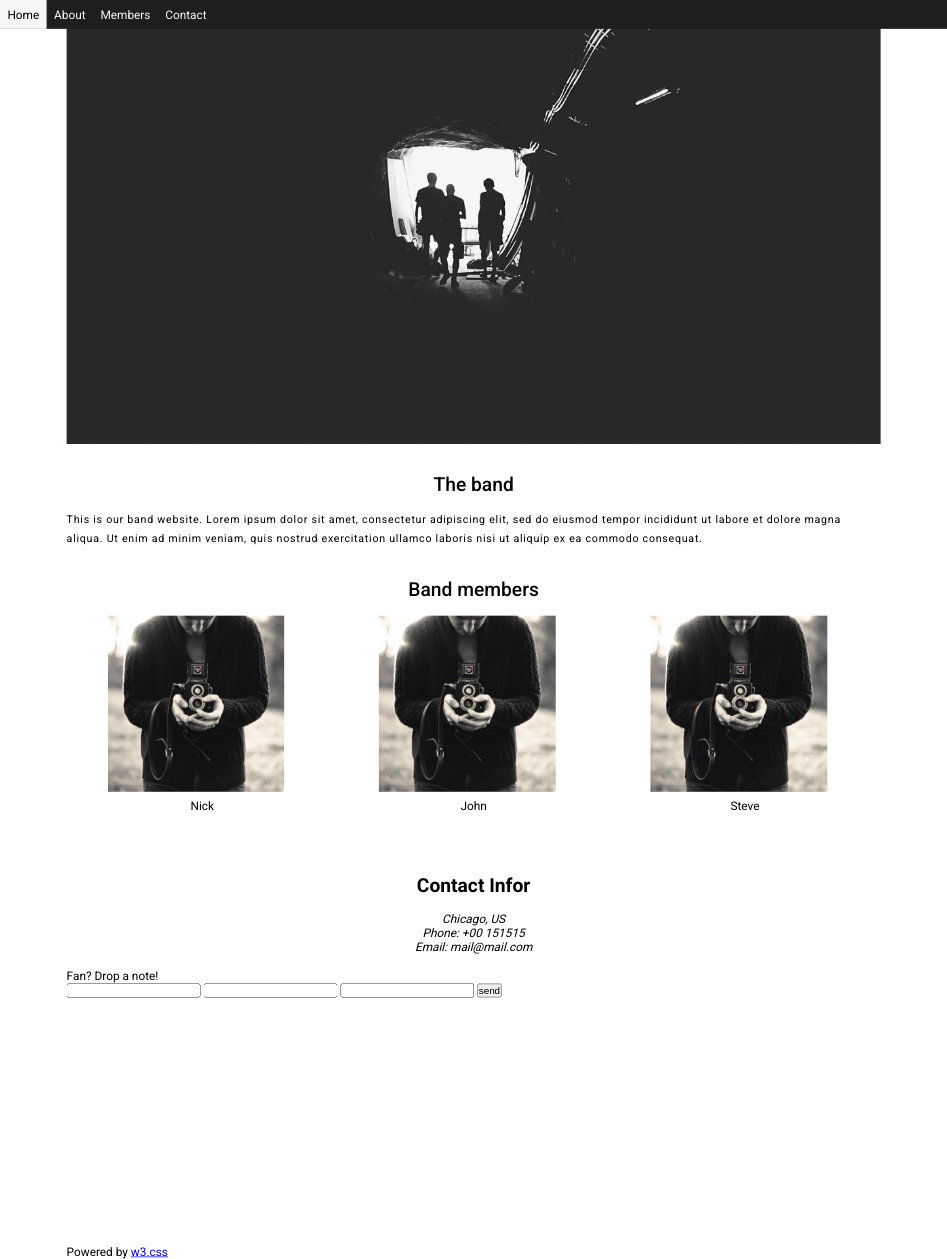
Repository: hieu-22/w3_band_UI
Page: index.html
The author's editor kept a copy of each file at every save. The page is drawn from the files as they stood at one save, then again after the next save.
The browser window is 1280 px wide. The pictures show the whole page, at 74% of full size.

Above is the page before, as saved 2022-12-30 10:21:36.

After the next save:
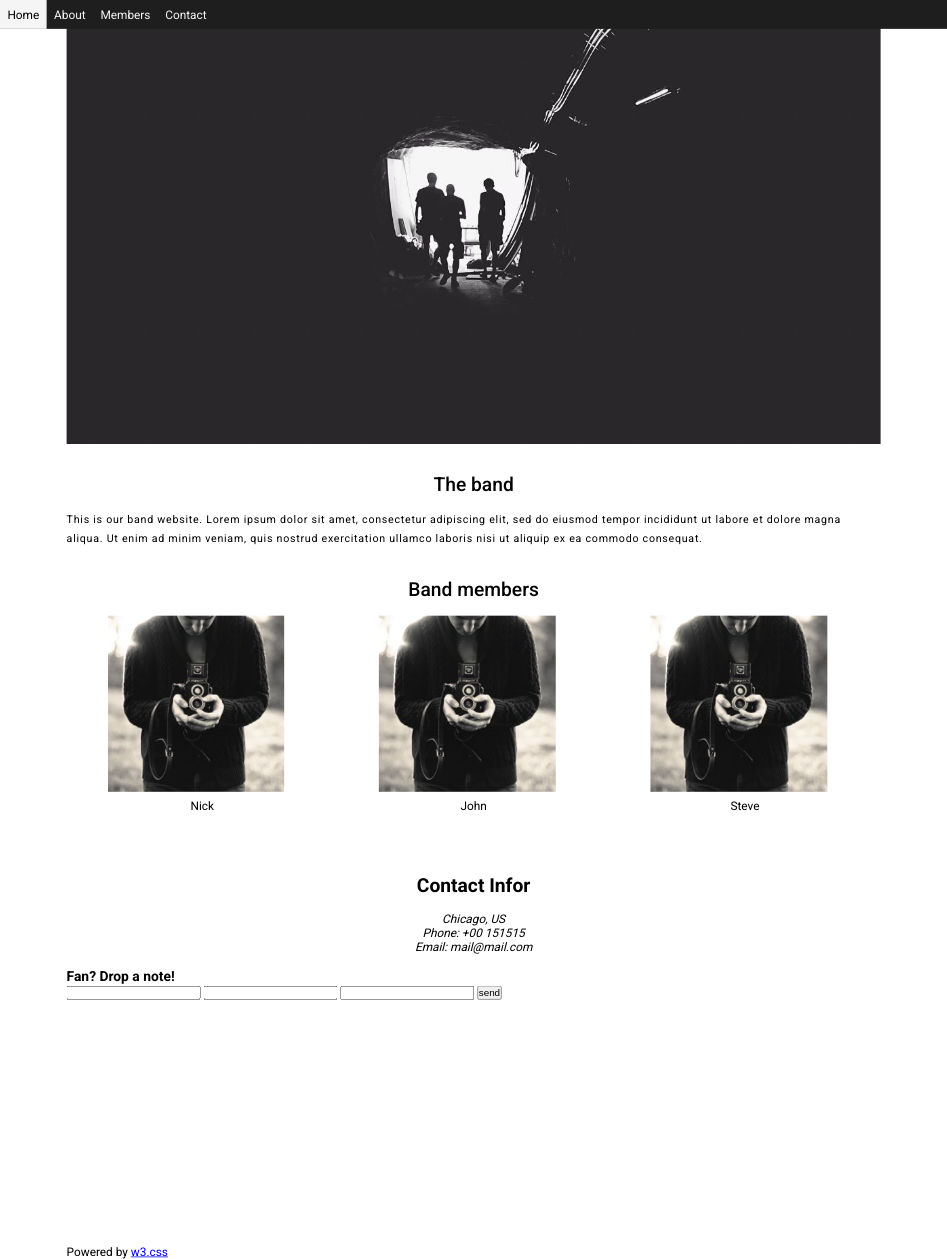
Saved 2 min 24 s later.
--- a/index.html
+++ b/index.html
@@ -71,13 +71,15 @@
                 Phone: +00 151515</br>
                 Email: mail@mail.com
             </address>
-            <p>Fan? Drop a note!</p>
+            <div class="contact-infor__form">
+                <h3 contact-infor__form-title>Fan? Drop a note!</h3>
             <form action="#">
                 <input type="text">
                 <input type="email">
                 <input type="text">
                 <button>send</button>
             </form>
+            </div>
             <div class="contact-infor__banner"></div>
         </div>
     </main>
